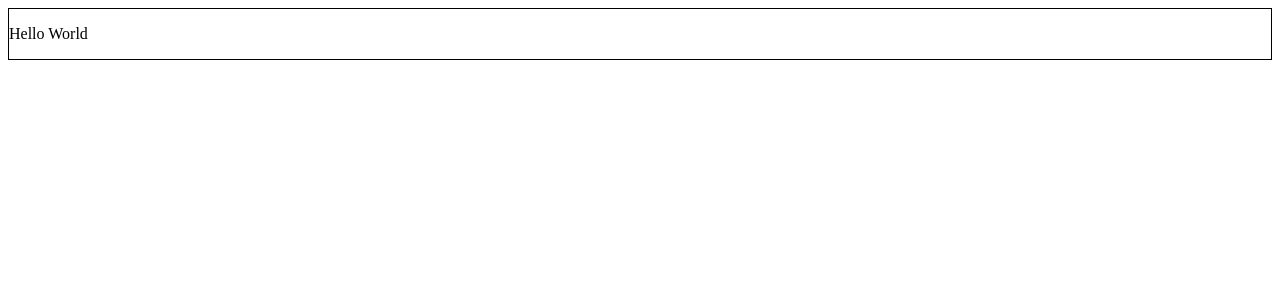
Repository: cedricRGT45/studentOclock
Page: S01-Ovitrine-J2-cedricRGT45/index.html
These files come from the project's save history. The page is drawn as it stood at one moment and after the next save; the edit follows.
The browser window is 1280 px wide. The pictures show the whole page.

Above is the page before, as saved 2024-03-27 21:26:36.

### S01-Ovitrine-J2-cedricRGT45/index.html
<!DOCTYPE html>
<html lang="en">

<head>
    <meta charset="UTF-8">
    <meta name="viewport" content="width=device-width, initial-scale=1.0">
    <script src="./script.js" defer></script>
    <title>Hello World</title>
</head>

<body>
</body>

</html>

### S01-Ovitrine-J2-cedricRGT45/script.js
const container = document.createElement("div")
container.style.border = "1px solid black"
container.style.width = "auto"
const helloWorld = document.createElement("p")
console.log(container, helloWorld)
helloWorld.textContent = "Hello World"
container.appendChild(helloWorld)
document.body.append(container)

After the next save:
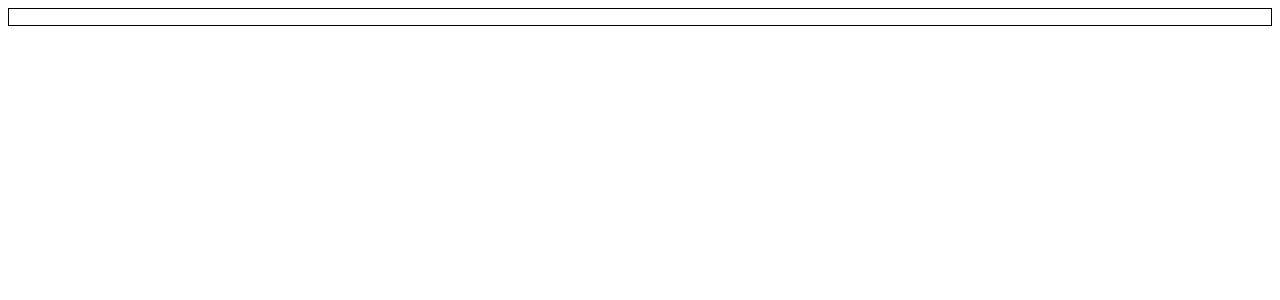
Saved 118 s later.
--- a/S01-Ovitrine-J2-cedricRGT45/script.js
+++ b/S01-Ovitrine-J2-cedricRGT45/script.js
@@ -2,7 +2,6 @@
 container.style.border = "1px solid black"
 container.style.width = "auto"
 const helloWorld = document.createElement("p")
-console.log(container, helloWorld)
-helloWorld.textContent = "Hello World"
+helloWorld.insertAdjacentText = "Hello World"
 container.appendChild(helloWorld)
 document.body.append(container)
